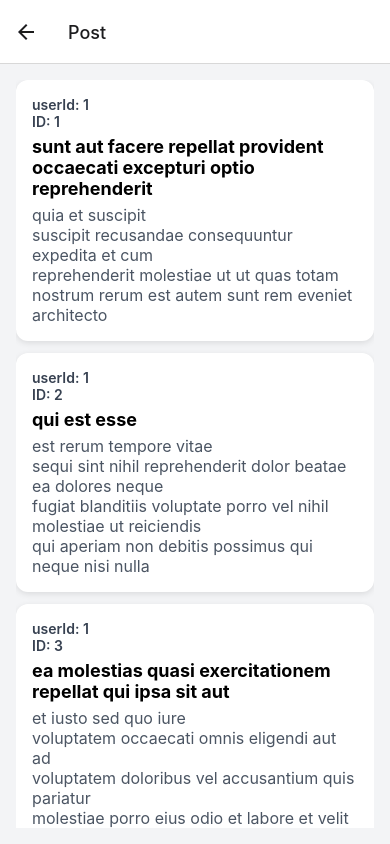
Repository: nawaz1568/Task_counter
Screen: /Post
An editor plug-in stored every save of this project. The screen is shown before and after a run of saves, followed by the edit.
An inner scrolling area shows only its first screen. The app was drawn by React Native's web renderer in a window 390 px wide. The project was rebuilt for these pictures with package versions that can differ from the ones it lists, and the page was loaded fresh each time. Also part of the build but not shown: src/components/Header.js, src/screens/PostListScreen.js, src/screens/PostDetailScreen.js, src/screens/CounterScreen.js, src/screens/AnotherDetailScreen.js, src/screens/DummyPostsScreen.js, src/screens/DummyPostDetailScreen.js.

Above is the screen before, as saved 2025-09-09 19:09:33.

After the next 2 saves:
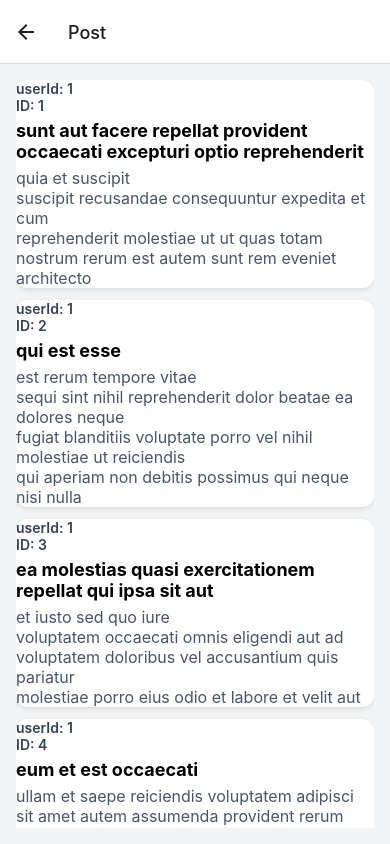
The 2 saves are shown as one change because they came seconds apart.
The last was saved 16 s later.
--- a/src/screens/PostsScreen.js
+++ b/src/screens/PostsScreen.js
@@ -38,8 +38,7 @@ const styles = StyleSheet.create({
     backgroundColor: '#f3f4f6',
   },
   card: {
-    backgroundColor: '#fff', // white background for cards
-    padding: 16,
+    backgroundColor: '#fff',
     borderRadius: 12,
     marginBottom: 12,
     shadowColor: '#000',
